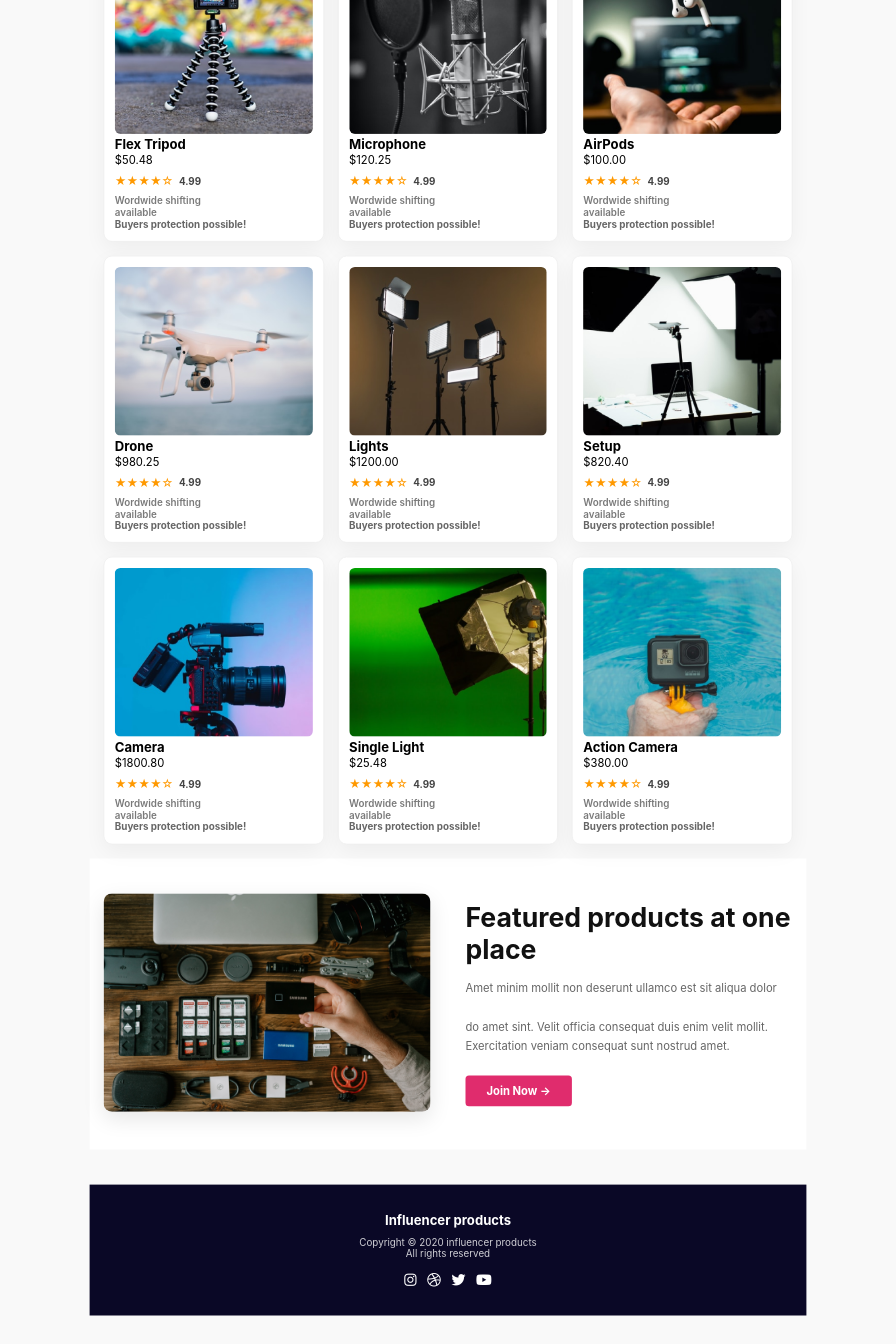
Repository: Saiful21Islam/Influencer-products
Page: it.html
An editor plug-in stored every save of this project. The page is shown before and after a run of saves, followed by the edit.
The browser window is 1280 px wide. The pictures show the part of the page from y = 1085 to 3005 px (the page is 3005 px tall), at 70% of full size.

Above is the page before, as saved 2026-03-11 11:07:25.

After the next 2 saves:
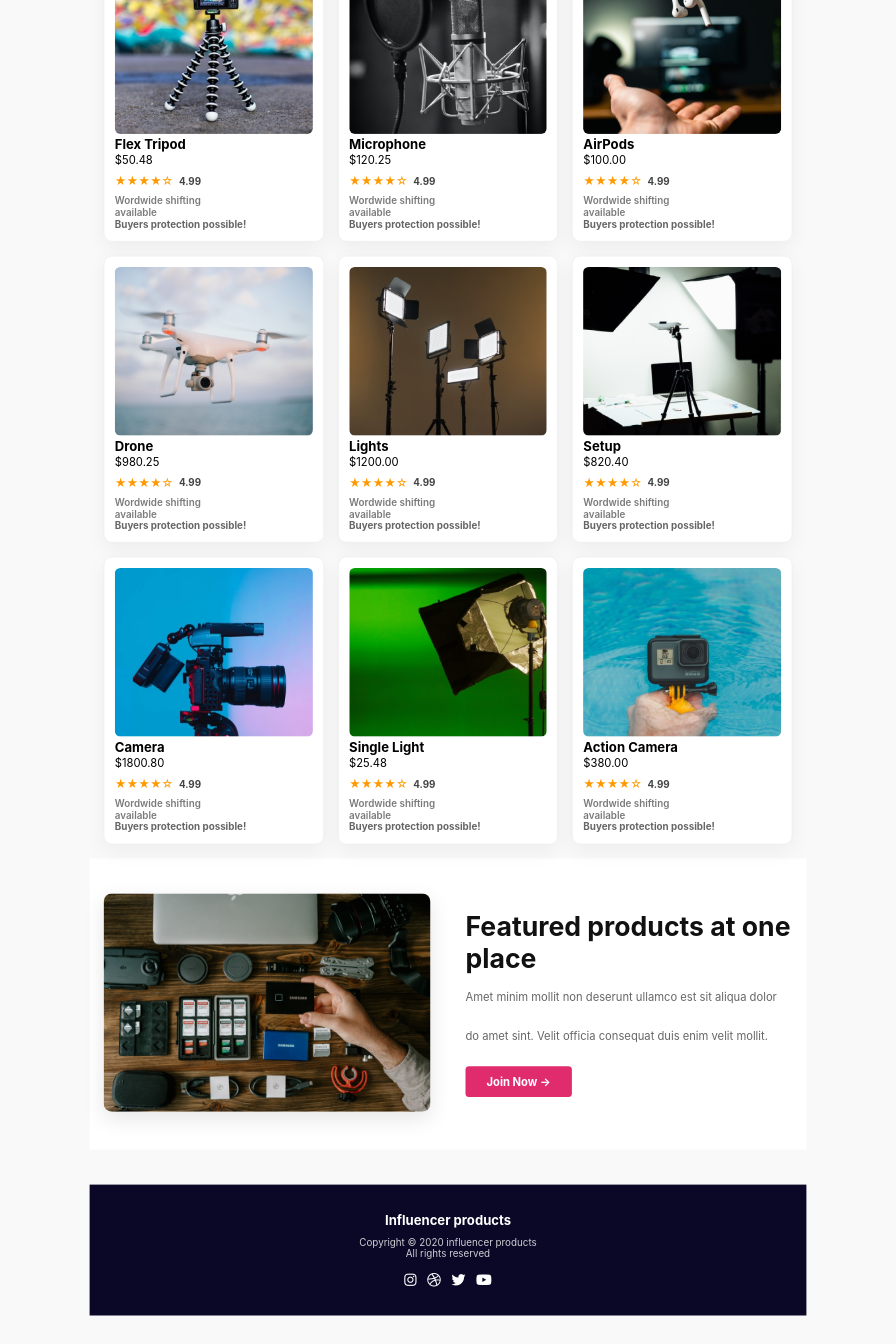
The 2 saves are shown as one change because they came seconds apart.
The last was saved 11 s later.
--- a/it.html
+++ b/it.html
@@ -290,7 +290,7 @@
         <div class="featured-content">
             <h2>Featured products at one place</h2>
             <p>Amet minim mollit non deserunt ullamco est sit aliqua dolor</p>
-            <p>do amet sint. Velit officia consequat duis enim velit mollit. Exercitation veniam consequat sunt nostrud amet.</p>
+            <p>do amet sint. Velit officia consequat duis enim velit mollit.</p>
             <a href="#" class="join-btn">Join Now &rarr;</a>
         </div>
     </div>
